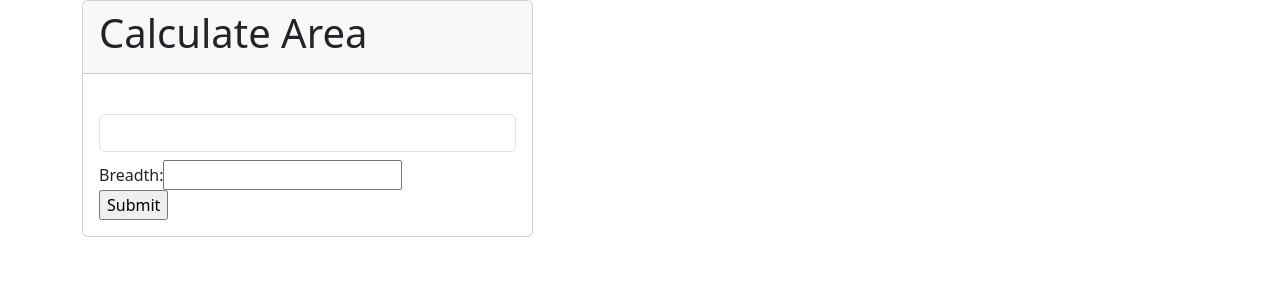
Repository: Laxman-Nath/Servlet_JSP
Page: http://localhost/Area/
These files come from the project's save history. The page is drawn as it stood at one moment and after the next save; the edit follows.
The browser window is 1280 px wide. The pictures show the whole page.
The page is served by Tomcat 9.

Above is the page before, as saved 2024-09-02 10:46:47.

After the next save:
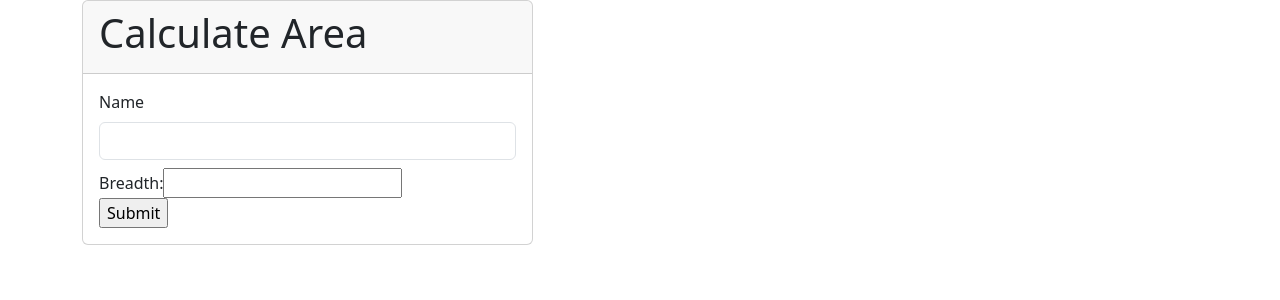
Saved 21 s later.
--- a/Area/src/main/webapp/Area.jsp
+++ b/Area/src/main/webapp/Area.jsp
@@ -20,7 +20,7 @@
     <div class="card-body">
 	<form action="" method="post">
 		<div class="mb-2">
-		<label class="form-label"></label><input class="form-control" type="number" name="length">
+		<label class="form-label">Name</label><input class="form-control" type="number" name="length">
 		</div>
 		<div>
 			Breadth:<input type="number" name="breadth">
